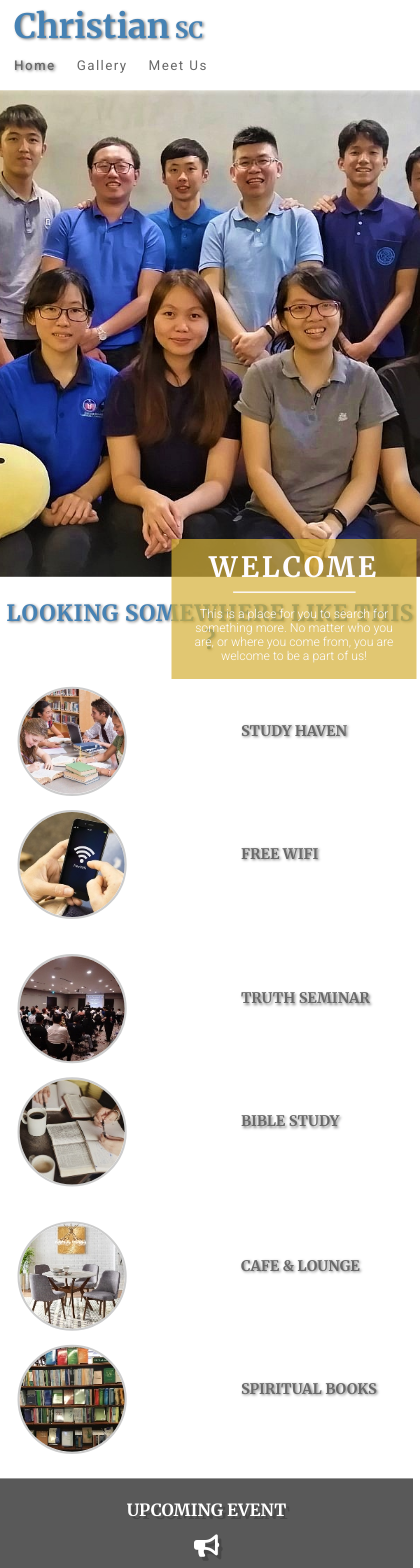
Repository: kongteckmee/christian-sc
Page: index.html
The author's editor kept a record of every edit. The page is drawn from the files as they stood at one moment, then again after the next edit.
The browser window is 600 px wide. The pictures show the part of the page from y = 0 to 2240 px (the page is 2903 px tall), at 70% of full size.
Some web libraries are served in a nearby version.

Above is the page before.

### index.html
<!DOCTYPE html>
<html lang="en">

<head>
    <meta charset="UTF-8">
    <meta name="viewport" content="width=device-width, initial-scale=1.0">
    <meta http-equiv="X-UA-Compatible" content="ie=edge">
    <link rel="stylesheet" href="https://use.fontawesome.com/releases/v5.1.1/css/all.css" integrity="sha384-O8whS3fhG2OnA5Kas0Y9l3cfpmYjapjI0E4theH4iuMD+pLhbf6JI0jIMfYcK3yZ" crossorigin="anonymous">
    <link rel="stylesheet" href="assets/css/style.css" type="text/css" />
    <title>Christian Student Center</title>
</head>

<body>
    <header>
        <a id="logo" href="index.html">
            <h2><span style="font-size: 150%">Christian</span> SC</h2>
        </a>
        <nav>
            <ul id="scmenu">
                <li>
                    <a href="meet.html">Meet Us</a>
                </li>
                <li>
                    <a href="gallery.html">Gallery</a>
                </li>
                <li>
                    <a class="scactive" href="index.html">Home</a>
                </li>
            </ul>
        </nav>
    </header>
    <section id="scmeetingrange">
        <div id="welcome-text">
            <h1>Welcome</h1>
            <hr>
            <h3>This is a place for you to search for something more. No matter who you are, or where you come from, you are welcome to be a part of us!</h3>
        </div>
    </section>
    <section id="about">
        <h1>Looking Somewhere Like This ?</h1>
        <div id="left">
            <div class="left-right-side">
                <h2>Study Haven</h2>
                <br>
                <p>A better place for your study and assignment.</p>
            </div>
            <div class="container">
                <div id="contain-study"></div>
            </div>
            <div class="left-right-side">
                <h2>Free Wifi</h2>
                <br>
                <p>Free wifi that allows to connect to the Internet.</p>
            </div>
            <div class="container">
                <div id="contain-wifi"></div>
            </div>
        </div>
        <div id="right">
            <div class="left-right-side">
                <h2>Truth Seminar</h2>
                <br>
                <p>God does not hide truth — He wants us to understand!</p>
            </div>
            <div class="container">
                <div id="contain-seminar"></div>
            </div>
            <div class="left-right-side">
                <h2>Bible Study</h2>
                <br>
                <p>Let the God's words to lead and guide.</p>
            </div>
            <div class="container">
                <div id="contain-bible"></div>
            </div>
        </div>
        <div id="center">
            <div class="middle">
                <h2>Cafe & Lounge</h2>
                <br>
                <p>A great place to chill and relax.</p>
            </div>
            <div class="container">
                <div id="contain-cafe"></div>
            </div>
            <div class="middle">
                <h2>Spiritual Books</h2>
                <br>
                <p>Supply by the heavenly food individually or corporately.</p>
            </div>
            <div class="container">
                <div id="contain-books"></div>
            </div>
        </div>
    </section>
    <section id="event">
        <div class="event-black">
            <h2>Upcoming Event</h2>
            <i class="fas fa-bullhorn"></i>
        </div>
        <div class="event-green">
            <h2>Cooking Class <i class="fas fa-utensils"></i></h2>
            <hr>
            <h3><i class="far fa-calendar-alt"></i> 7 December</h3>
            <h3><i class="far fa-clock"></i> 10:00</h3>
            <h3><i class="far fa-hourglass"></i> Saturday</h3>
        </div>
        <div class="event-grey">
            <h2>Truth Seminar <i class="fas fa-chalkboard-teacher"></i></h2>
            <hr>
            <h3><i class="far fa-calendar-alt"></i> 13 December</h3>
            <h3><i class="far fa-clock"></i> 20:00</h3>
            <h3><i class="far fa-hourglass"></i> Friday</h3>
        </div>
        <div class="event-green">
            <h2>Soft Skill <i class="fas fa-lightbulb"></i></h2>
            <hr>
            <h3><i class="far fa-calendar-alt"></i> 19 December</h3>
            <h3><i class="far fa-clock"></i> 16:30</h3>
            <h3><i class="far fa-hourglass"></i> Thursday</h3>
        </div>
        <div class="event-grey">
            <h2>Guitar Class <i class="fas fa-music"></i></h2>
            <hr>
            <h3><i class="far fa-calendar-alt"></i> 28 December</h3>
            <h3><i class="far fa-clock"></i> 14:00</h3>
            <h3><i class="far fa-hourglass"></i> Saturday</h3>
        </div>
    </section>
    <footer>
        <div id="footer-copyright">
            <p>Copyright © 2019 Christian Student Center. All Rights Reserved.</p>
        </div>
    </footer>
</body>

</html>

### assets/css/style.css
@import url('https://fonts.googleapis.com/css?family=Merriweather:500,600,700|Roboto:300,400,500');

* {
    margin: 0;
    padding: 0;
    border: 0;
}

body {
    font-family: 'Roboto', sans-serif;
    color: #696969; /*Grey color */
}

/* ------------------------------------------------------ Header */

header {
    line-height: 75px;
}

#logo {
    float: left;
    margin-left: 20px;
    text-decoration: none;
}

#logo h2 {
    font-family: 'Merriweather', serif;
    font-size: 200%;
    color: #4682b4; /* Steel Blue color */
    text-shadow: 2px 2px 4px #808080;
}

#scmenu {
    font-size: 120%;
    list-style-type: none;
    letter-spacing: 2px;
}

#scmenu li {
    float: right;
    margin-right: 30px;
}

#scmenu a {
    text-decoration: none;
    color: inherit;
}

#scmenu a:hover {
    color: #4682b4; /* Steel Blue color */
    font-weight: 500;
    text-shadow: 2px 2px 4px #808080;
}

.scactive {
    font-weight: 500;
    text-shadow: 2px 2px 4px #808080;
}

/* ------------------------------------------------------ Home-Section: Welcome */

#scmeetingrange {
    height: 700px;
    width: 100%;
    background: url("../img/home/meeting-t.jpg") no-repeat center center;
    overflow: hidden;
}

#welcome-text {
    width: 400px;
    height: 220px;
    padding-top:20px;
    bottom: 15px; /* Fixed the welcome text box-bottom */
    right: 15px; /* Fixed the welcome text box-right */
    background-color: rgba(212,175,55,.7);
    color: #fefcff; /* Milky white */
    position: absolute;
    text-align: center;
}

#welcome-text h1 {
    margin-bottom: 5px;
    font-size: 300%;
    font-family: 'Merriweather', serif;
    text-transform: uppercase;
    letter-spacing: 4px;
}

hr {
    width: 80%;
    height: 3px;
    margin-left: auto;
    margin-right: auto;
    background-color:#fefcff; /* Milky white */
}

#welcome-text h3 {
    margin: 20px;
    font-size: 130%;
    font-weight: 300;
}

/* ------------------------------------------------------ Home-Section: About */

#about {
    height: 500px;
}

#about h1, #about h2 {
    font-family: 'Merriweather', serif;
    text-transform: uppercase;
    text-shadow: 2px 2px 4px #808080;
}

#about h1 {
    margin-top: 30px;
    margin-bottom: 30px;
    color: #4682b4; /* Steel Blue color */
    text-align: center;
    font-size: 200%;
    letter-spacing: 1px;
}

#about h2 {
    font-size: 130%;
}

#left, #right {
    margin-right: 30px;
    padding-top: 30px;
    width: 30%;
}

#left {
    float: left;
}

#right {
    float: right;
}

#center {
    padding-top: 30px;
    width: 33%;
    margin: 0 auto; /* center the div */
}

br {
    display: block;
    content: "";
    margin: 2em;
    font-size: 24%; /* spacing */
}

.left-right-side, .middle {
    width: 50%;
    float: right;
    padding-top: 40px;
}

.left-right-side {
    clear: both;
    margin-left: 20px;
    margin-bottom: 50px;
}

.middle {
    margin-right: 20px;
}

.container {
    width: 150px;
    height: 150px;
    border: 3px solid #cccccc;
    border-radius: 50%;
    margin-left: 20px;
    margin-bottom: 20px;
}

#contain-study {
    background: url("../img/home/study-group.jpg") no-repeat center center;
    height: 100%;
    border-radius: 50%;
}

#contain-wifi {
    background: url("../img/home/free-wifi.jpg") no-repeat center center;
    height: 100%;
    border-radius: 50%;
}

#contain-seminar {
    background: url("../img/home/truth-seminar.jpg") no-repeat center center;
    height: 100%;
    border-radius: 50%;
}

#contain-bible {
    background: url("../img/home/bible-study.jpg") no-repeat center center;
    height: 100%;
    border-radius: 50%;
}

#contain-cafe {
    background: url("../img/home/cafe.jpg") no-repeat center center;
    height: 100%;
    border-radius: 50%;
}

#contain-books {
    background: url("../img/home/spiritual-book.jpg") no-repeat center center;
    height: 100%;
    border-radius: 50%;
}

/* ------------------------------------------------------ Home-Section: Event */

#event {
    height: 250px;
}

#event div {
    color: #ffebcd;
    width: 19.2%;
    height: 90%;
    float: left;
    padding-top: 30px;
    text-align: center;
    margin: 5px;
}

#event h2 {
    color: #ffffff;
    font-family: 'Merriweather', serif;
    margin-bottom: 20px;
}

#event h3 {
    margin-top: 20px;
    font-weight: 400;
}

.event-black {
    background-color: rgba(48,48,48,.8);
    text-shadow: 5px 5px 0px rgba(0,0,0,0.2);
}

.event-black h2 {
    padding: 30px;
    text-transform: uppercase;
}

.event-black i {
    color: #ffffff;
    font-size: 200%;
}

.event-grey {
    background-color: rgba(105,105,105,.8);
}

.event-green {
    background-color: rgba(102,102,0,.8);
}

/* ------------------------------------------------------ Footer */

footer {
    /*margin-top: 5px;*/
    border-top: 1px solid #fff;
    height: 40px;
    width: 100%;
    background-color: #333333;
    clear: both;
}

footer #footer-copyright {
    color: #fff;
    line-height: 35px;
    font-size: 80%;
    text-align: center;
}

/* ------------------------------------------------------ Gallery */

#scgallery {
    width: 100%;
    clear: both;
    background-color: #e6e2d3;
}

#gallery-text h1, #photo-text h1 {
    margin-bottom: 30px;
    padding-top: 50px;
    font-family: 'Merriweather', serif;
    font-size: 250%;
    text-align: center;
    text-shadow: 2px 2px 4px #808080;
    letter-spacing: 10px;
}

#gallery-text hr, #photo-text hr {
    width: 10%;
    height: 2px;
    margin-bottom: 40px;
    background-color: #808080;
}

#photo-text h3 {
    margin-bottom: 10px;
    font-size: 130%;
    font-weight: 300;
    text-align: center;
}

#video iframe {
    margin: 0 auto;
    display: block;
}

#photo {
    margin-top: 50px;
}

#photo img {
    width: 49%;
    margin-left: 4px;
}

/* ------------------------------------------------------ Meet Us: Location */

#meet {
    height: 650px;
    width: 100%;
    clear: both;
    background: url("../img/meet/desa.jpg") no-repeat center center;
}

#location {
    width: 20%;
    margin: 80px 0 0 150px;
    padding: 30px 30px 30px 30px;
    float: left;
    background-color: rgba(245,245,220,0.6);
    border-radius: 10px;
    color: #000;
    text-align: center;
}

#location h2 {
    font-family: 'Merriweather', serif;
    text-transform: none;
    text-shadow: 2px 2px 4px #808080;
    margin-bottom: 10px;
}

#open {
    padding-top: 30px;
}

#day{
    float: left;
    text-align: right;
    color: #4682b4;
    text-shadow: 2px 2px 4px #fff;
}

#time {
    float: right;
    margin-top: 5px;
    font-weight: 500;
    text-align: left;
    color: #404040;
}

#address, #phone, #follow {
    margin-top: 20px;
}

#address, #follow, #social li {
    clear: both;
    display: inline-block;
}

#contact p, #address p, #phone p {
    font-weight: 500;
    color: #404040;
}

#social i {
    font-size: 30px;
    margin-right: 5px;
    color: #404040;
}

#social i:hover {
    color: #4682b4;
}

/* ------------------------------------------------------ Meet Us: Form */

#form {
    width: 40%;
    margin: 140px 100px 0 0;
    padding: 20px 35px 20px 35px;
    float: right;
    background-color: rgba(60,60,60,0.6);
    border-radius: 10px;
    color: #fafafa;
}

#form p {
    margin-bottom: 20px;
    text-align: center;
}

textarea {
    resize: none;
}

.place-input {
    background-color: rgba(245,245,220,0.6);
    width: 100%;
    height: 25px;
    margin: 2px 0 5px 0;
    border: 3px solid #fafafa;
    border-radius: 5px;
    font-family: 'Roboto', sans-serif;
    font-size: 15px;
}

.place-input:hover {
    border-color: #4682b4;
}

button {
    background-color: #4682b4;
    margin-top: 10px;
    padding: 10px 30px 10px 30px;
    border-radius: 5px;
    color: #fafafa;
    font-size: 100%;
    text-align: center;
    display: block;
    float: right;
}

button:hover {
    background-color: #fafafa;
    color: #4682b4;
}

/* ------------------------------------------------------ Media Queries */

@media (min-width: 768px) and (max-width: 991px) {
    #welcome-text {
        bottom: 250px;
        right: 10px;
    }

    #about {
        width: 80%;
        height: 1200px;
        margin: 0 auto;
    }

    #left, #center, #right {
        width: 100%;
        padding: 15px;
        float: left;
    }

    .left-right-side, .middle {
        width: 50%;
        margin-right: 20px;
    }

    .container {
        margin-left: 50px;
    }

    #event div {
        width: 96%;
        height: 150px;
        padding: 10px;
        clear: both;
    }

    .event-black h2, .event-black h3 {
        line-height: 0;
        margin: 5px;
    }

    .event-black h2 {
        padding: 35px;
    }

    #event h2, #event h3 {
        margin: 8px;
    }

    #video iframe {
        width: 90%;
        height: 500px;
    }

    #photo-text h3 {
        margin: 30px;
    }

    #meet {
        height: 902px;
        background: url("../img/meet/desa_tab.jpg") no-repeat center center;
    }

    #location {
        width: 33%;
        margin: 175px 0 0 20px;
        padding: 30px 20px 30px 20px;
    }

    #form {
        width: 45%;
        margin: 220px 20px 0 10px;
    }

}

@media (min-width: 360px) and (max-width: 767px) {
    #welcome-text {
        width: 350px;
        height: 185px;
        padding-top: 15px;
        bottom: -170px;
        right: 5px;
    }

    #welcome-text h1 {
        margin-bottom: 10px;
        font-size: 250%;
    }

    hr {
        width: 50%;
        height: 2px;
    }

    #welcome-text h3 {
        margin: 20px;
        font-size: 110%;
        font-weight: 300;
    }

    #scmenu {
        clear: left;
        float: left;
        margin-left: 20px;
        margin-bottom: 20px;
        line-height: 25px;
    }

    #about h1 {
        text-align: center;
    }

    #left, #center, #right {
        width: 92%; /* Suit mobile device */
        padding: 15px;
        float: left;
    }

    .left-right-side, .middle {
        width: 40%;
        margin: 10px 2px 0 0;
        float: right;
    }

    .container {
        margin-left: 10px;
        margin-right: 5px;
    }

    #about p {
        display: none;
    }

    #event div {
        width: 95%;
        height: 130px;
        padding: 10px;
        margin: 0;
        clear: both;
    }

    .event-black h2, .event-black h3 {
        line-height: 0;
        margin: 2px;
    }

    .event-black h2 {
        padding: 30px;
    }

    #event h2, #event h3 {
        margin: 5px;
    }

    #video iframe {
        width: 100%;
        height: 400px;
    }

    #photo-text h3 {
        margin: 20px;
    }

    #photo img {
        width: 100%;
        margin: 0;
    }

    #meet {
        height: 1200px;
        background: none;
        background-color: #808080;
    }

    #location {
        width: 50%;
        margin: 65px 90px 0 90px;
    }

    #form {
        width: 50%;
        margin: 50px 80px 10px 80px;
        padding: 20px 35px 20px 35px;
    }
}

After the next edit:
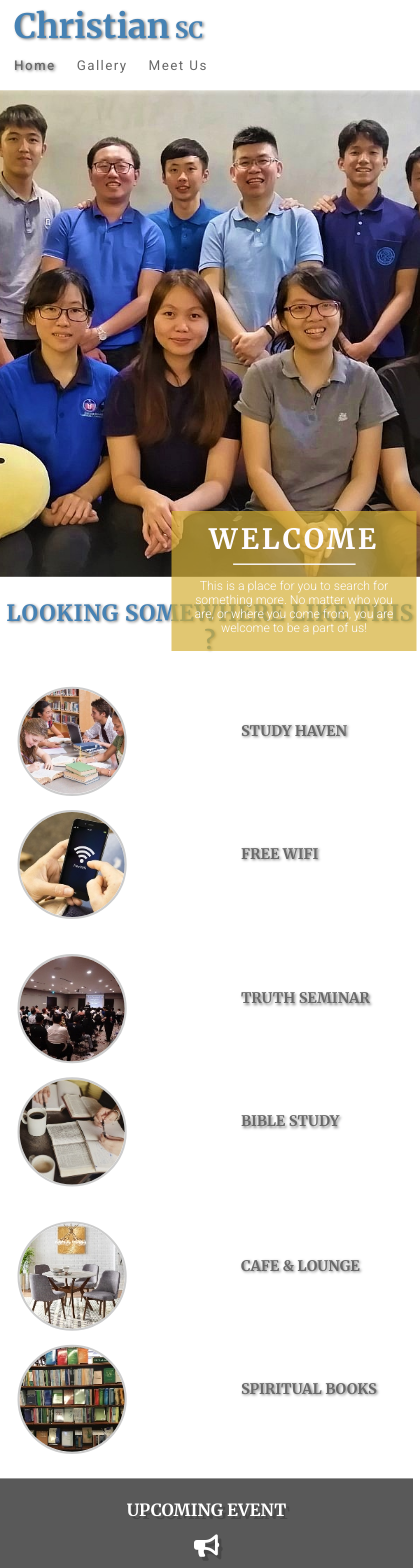
The edit:
--- a/assets/css/style.css
+++ b/assets/css/style.css
@@ -531,7 +531,7 @@
         width: 350px;
         height: 185px;
         padding-top: 15px;
-        bottom: -170px;
+        bottom: -130px;
         right: 5px;
     }
 
